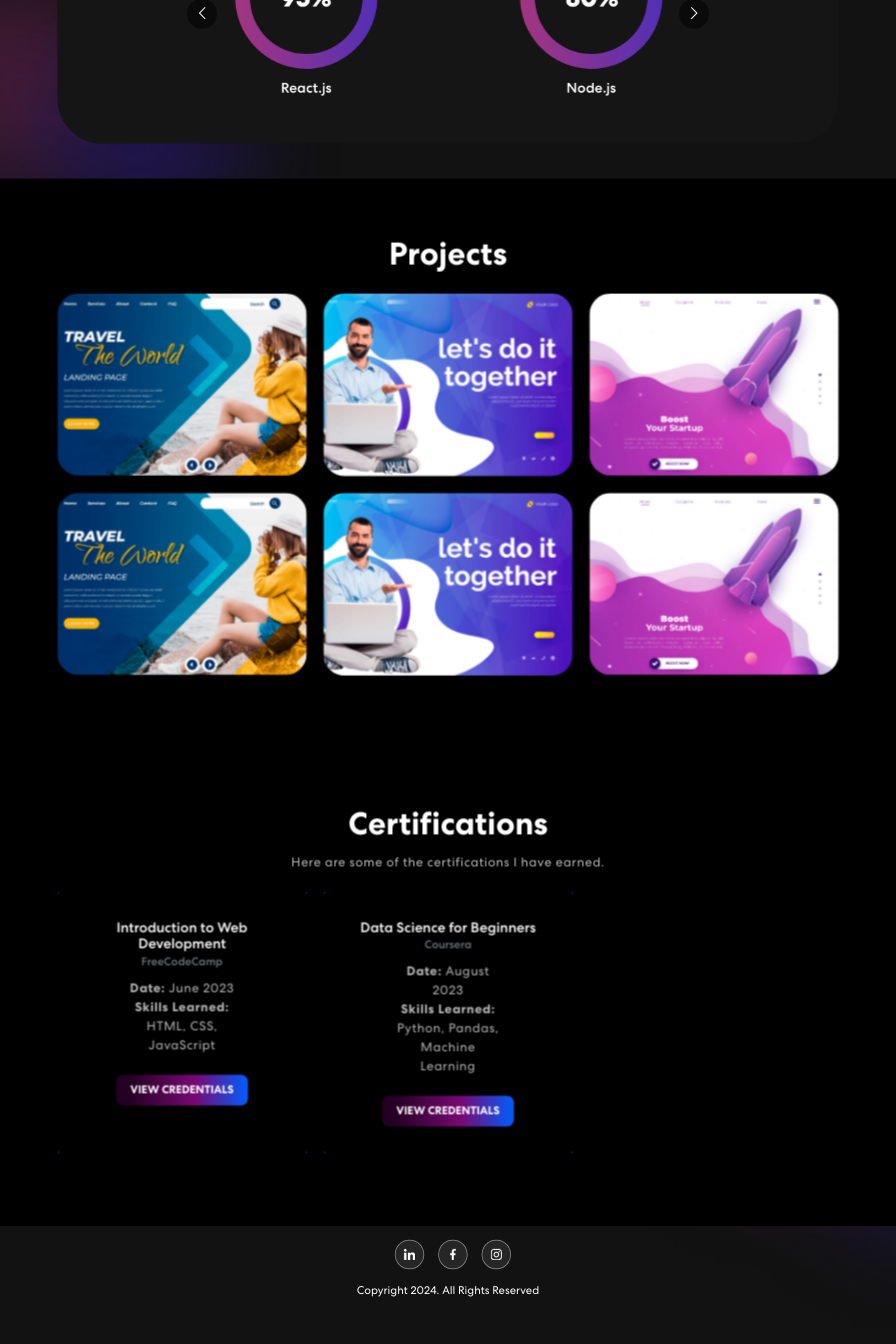
Repository: ChakerChourouk/personal-portfolio
Page: /
The author's editor kept a copy of each file at every save. The page is drawn from the files as they stood at one save, then again after the next save.
The browser window is 1280 px wide. The pictures show the part of the page from y = 1123 to 3043 px (the page is 3043 px tall), at 70% of full size.
The project was rebuilt for these pictures with package versions that can differ from the ones it lists, and the page was loaded fresh each time.

Above is the page before, as saved 2024-09-19 21:03:10.

### src/App.js
import logo from './logo.svg';
import './App.css';
import 'bootstrap/dist/css/bootstrap.min.css';
import { NavBar } from "./components/NavBar";
import { Banner } from "./components/Banner";
import { Skills } from "./components/Skills";
import { Projects } from "./components/Projects";
import { Footer } from "./components/Footer";
import { Certifications } from "./components/Certifications";

function App() {
  return (
    <div className="App">
      <NavBar />
      <Banner />
      <Skills />
      <Projects />
      <Certifications/>
      <Footer />
    </div>
  );
}

export default App;

### src/App.css
/************ Custom Font ************/
@font-face {
	font-family: Centra;
	src: url('./assets/font/CentraNo2-Bold.ttf');
	font-weight: 700;
}
@font-face {
	font-family: Centra;
	src: url('./assets/font/CentraNo2-Medium.ttf');
	font-weight: 500;
}
@font-face {
	font-family: Centra;
	src: url('./assets/font/CentraNo2-Book.ttf');
	font-weight: 400;
}

/************ Default Css ************/
* {
  margin: 0;
  padding: 0;
  box-sizing: border-box;
}

html {
  scroll-behavior: smooth;
  scroll-padding-top: 75px;
}

body {
  font-weight: 400;
  overflow-x: hidden;
  position: relative;
  background-color: #121212 !important;
  color: #fff !important;
  font-family: 'Centra', sans-serif !important;
}

h1, h2, h3, h4, h5, h6 {
  margin: 0;
  padding: 0;
  line-height: normal;
}

p, a, li, button, ul {
  margin: 0;
  padding: 0;
  line-height: normal;
  text-decoration: none;
}

a:hover {
  text-decoration: none;
}

img {
  width: 100%;
  height: auto;
}

button {
  border: 0;
  background-color: transparent;
}

input:focus, textarea:focus, select:focus {
  outline: none;
}

@media (min-width:1700px) {
	main .container {
		max-width: 100%;
		padding: 0 150px;
	}
}

p.success {
	color: green;
}

p.danger {
	color: red;
}
/************ Navbar Css ************/
nav.navbar {
  padding: 18px 0;
  position: fixed;
  width: 100%;
  top: 0;
  z-index: 9999;
  transition:  0.32s ease-in-out;
}
nav.navbar.scrolled {
  padding: 0px 0;
  background-color: #121212;
}
nav.navbar a.navbar-brand {
    width: 9%;
}
nav.navbar .navbar-nav .nav-link.navbar-link {
  font-weight: 400;
  color: #fff !important;
  letter-spacing: 0.8px;
  padding: 0 25px;
  font-size: 18px;
  opacity: 0.75;
}
nav.navbar .navbar-nav a.nav-link.navbar-link:hover,
nav.navbar .navbar-nav a.nav-link.navbar-link.active {
    opacity: 1;
}
span.navbar-text {
    display: flex;
    align-items: center;
}
.social-icon {
    display: inline-block;
    margin-left: 14px;
}
.social-icon a {
    width: 42px;
    height: 42px;
    background: rgba(217, 217, 217, 0.1);
    display: inline-flex;
    border-radius: 50%;
    margin-right: 6px;
    align-items: center;
    justify-content: center;
    line-height: 1;
    border: 1px solid rgba(255, 255, 255, 0.5);
}
.social-icon a::before {
    content: "";
    width: 42px;
    height: 42px;
    position: absolute;
    background-color: #ffffff;
    border-radius: 50%;
    transform: scale(0);
	transition: 0.3s ease-in-out;
}
.social-icon a:hover::before {
    transform: scale(1);
}
.social-icon a img {
	width: 40%;
	z-index: 1;
	transition: 0.3s ease-in-out;
}
.social-icon a:hover img {
	filter: brightness(0) saturate(100%) invert(0%) sepia(7%) saturate(98%) hue-rotate(346deg) brightness(95%) contrast(86%);
}
.navbar-text button {
  font-weight: 700;
  color: #fff;
  border: 1px solid #fff;
  padding: 18px 34px;
  font-size: 18px;
  margin-left: 18px;
	position: relative;
	background-color: transparent;
	transition: 0.3s ease-in-out;
}
.navbar-text button span {
  z-index: 1;
}
.navbar-text button::before {
  content: "";
  width: 0%;
  height: 100%;
  position: absolute;
  background-color: #fff;
  left: 0;
  top: 0;
  z-index: -1;
  transition: 0.3s ease-in-out;
}
.navbar-text button:hover {
  color: #121212;
}
.navbar-text button:hover::before {
	content: "";
	width: 100%;
	height: 100%;
	position: absolute;
}
nav.navbar .navbar-toggler:active,
nav.navbar .navbar-toggler:focus {
	outline: none;
    box-shadow: none;
}
nav.navbar .navbar-toggler-icon {
  width: 24px;
  height: 17px;
  background-image: none;
  position: relative;
  border-bottom: 2px solid #fff;
  transition: all 300ms linear;
  top: -2px;
}
nav.navbar .navbar-toggler-icon:focus {
	border-bottom: 2px solid #fff;
}
nav.navbar .navbar-toggler-icon:after,
nav.navbar .navbar-toggler-icon:before {
	width: 24px;
	position: absolute;
	height: 2px;
	background-color: #fff;
	top: 0;
	left: 0;
	content: '';
	z-index: 2;
	transition: all 300ms linear;
}
nav.navbar .navbar-toggler-icon:after {
	top: 8px;
}
nav.navbar .navbar-toggler[aria-expanded="true"] .navbar-toggler-icon:after {
	transform: rotate(45deg);
	background-color: #fff;
	height: 2px;
}
nav.navbar .navbar-toggler[aria-expanded="true"] .navbar-toggler-icon:before {
	transform: translateY(8px) rotate(-45deg);
	background-color: #fff;
	height: 2px;
}
nav.navbar .navbar-toggler[aria-expanded="true"] .navbar-toggler-icon {
	border-color: transparent;
}

/************ Banner Css ************/
.banner {
  margin-top: 0;
  padding: 260px 0 100px 0;
  background-image: url('./assets/img/banner-bg.png');
  background-position: top center;
  background-size: cover;
  background-repeat: no-repeat;
}
.banner .tagline {
  font-weight: 700;
  letter-spacing: 0.8px;
  padding: 8px 10px;
  background: linear-gradient(90.21deg, rgba(170, 54, 124, 0.5) -5.91%, rgba(74, 47, 189, 0.5) 111.58%);
  border: 1px solid rgba(255, 255, 255, 0.5);
  font-size: 20px;
  margin-bottom: 16px;
  display: inline-block;
}
.banner h1 {
  font-size: 65px;
  font-weight: 700;
  letter-spacing: 0.8px;
  line-height: 1;
  margin-bottom: 20px;
  display: block;
}
.banner p {
  color: #B8B8B8;
  font-size: 18px;
  letter-spacing: 0.8px;
  line-height: 1.5em;
  width: 96%;
}
.banner button {
  color: #fff;
  font-weight: 700;
  font-size: 20px;
  margin-top: 60px;
  letter-spacing: 0.8px;
  display: flex;
  align-items: center;
}
.banner button svg {
  font-size: 25px;
  margin-left: 10px;
  transition: 0.3s ease-in-out;
  line-height: 1;
}
.banner button:hover svg {
  margin-left: 25px;
}
.banner img {
  animation: updown 3s linear infinite;
}
@keyframes updown {
    0% {
        transform: translateY(-20px);
    }
    50% {
        transform: translateY(20px);
    }
    100% {
        transform: translateY(-20px);
    }
}
.txt-rotate > .wrap {
  border-right: 0.08em solid #666;
}

/************ Skills Css ************/
.skill {
  padding: 0 0 50px 0;
  position: relative;
}
.skill-bx {
  background: #151515;
  border-radius: 64px;
  text-align: center;
  padding: 60px 50px;
  margin-top: -60px;
}
.skill h2 {
	font-size: 45px;
	font-weight: 700;
}
.skill p {
    color: #B8B8B8;
    font-size: 18px;
    letter-spacing: 0.8px;
    line-height: 1.5em;
    margin: 14px 0 75px 0;
}
.skill-slider {
  width: 80%;
  margin: 0 auto;
  position: relative;
}
.skill-slider .item img {
  width: 50%;
  margin: 0 auto 15px auto;
}
.background-image-left {
  top: 28%;
  position: absolute;
  bottom: 0;
  width: 40%;
  z-index: -4;
}

/************ Projects Css ************/
.project {
  padding: 80px 0;
  position: relative;
  background-color: black;
}
.project h2 {
	font-size: 45px;
	font-weight: 700;
  text-align: center;
}
.project p {
  color: #B8B8B8;
  font-size: 18px;
  letter-spacing: 0.8px;
  line-height: 1.5em;
  margin: 14px auto 30px auto;
  text-align: center;
  width: 56%;
}
.project .nav.nav-pills {
  width: 72%;
  margin: 0 auto;
  border-radius: 50px;
  background-color: rgb(255 255 255 / 10%);
  overflow: hidden;
}
.project .nav.nav-pills .nav-item {
  width: 33.33333%;
}
.project .nav.nav-pills .nav-link {
  background-color: transparent;
  border-radius: 0;
  padding: 17px 0;
  color: #fff;
  width: 100%;
  font-size: 17px;
  letter-spacing: 0.8px;
  font-weight: 500;
  position: relative;
  transition: 0.3s ease-in-out;
  text-align: center;
  z-index: 0;
}
.project .nav.nav-pills .nav-link::before {
    content: "";
    position: absolute;
    width: 0;
    height: 100%;
    background: linear-gradient(90.21deg, #AA367C -5.91%, #4A2FBD 111.58%);
    top: 0;
    left: 0;
    z-index: -1;
    transition: 0.3s ease-in-out;
}
.project .nav.nav-pills .nav-link.active::before {
    width: 100% !important;
}
.project .nav.nav-pills .nav-link.active {
    border: 1px solid rgba(255, 255, 255, 1);
}
.nav-link#projects-tabs-tab-first {
  border: 1px solid rgba(255, 255, 255, 0.5);
  border-radius: 55px 0px 0px 55px;
}
.nav-link#projects-tabs-tab-second {
  border-top: 1px solid rgba(255, 255, 255, 0.5);
  border-bottom: 1px solid rgba(255, 255, 255, 0.5);
}
.nav-link#projects-tabs-tab-third {
  border: 1px solid rgba(255, 255, 255, 0.5);
  border-radius: 0 55px 55px 0;
}
.proj-imgbx {
  position: relative;
  border-radius: 30px;
  overflow: hidden;
  margin-bottom: 24px;
}
.proj-imgbx::before {
  content: "";
  background: linear-gradient(90.21deg, #AA367C -5.91%, #4A2FBD 111.58%);
  opacity: 0.85;
  position: absolute;
  width: 100%;
  height: 0;
  transition: 0.4s ease-in-out;
}
.proj-imgbx:hover::before {
  height: 100%;
}
.proj-txtx {
  position: absolute;
  text-align: center;
  top: 65%;
  left: 50%;
  transform: translate(-50%, -50%);
  transition: 0.5s ease-in-out;
  opacity: 0;
  width: 100%;
}
.proj-imgbx:hover .proj-txtx {
  top: 50%;
  opacity: 1;
}
.proj-txtx h4 {
  font-size: 30px;
  font-weight: 700;
  letter-spacing: 0.8px;
  line-height: 1.1em;
}
.proj-txtx span {
  font-style: italic;
  font-weight: 400;
  font-size: 15px;
  letter-spacing: 0.8px;
}
.background-image-right {
  top: 20%;
  position: absolute;
  bottom: 0;
  width: 35%;
  right: 0;
  z-index: -4;
}

/************ Projects Css ************/
.contact {
  background: linear-gradient(90.21deg, #AA367C -5.91%, #4A2FBD 111.58%);
  padding: 60px 0 200px 0;
}
.contact img {
  width: 92%;
}
.contact h2 {
	font-size: 45px;
	font-weight: 700;
  margin-bottom: 30px;
}
.contact form input, .contact form textarea {
  width: 100%;
  background: rgba(255, 255, 255, 0.1);
  border: 1px solid rgba(255, 255, 255, 0.5);
  border-radius: 20px;
  color: #fff;
  margin: 0 0 8px 0;
  padding: 18px 26px;
  font-weight: 500;
  font-size: 18px;
  letter-spacing: 0.8px;
  transition: 0.3s ease-in-out;
}
.contact form input:focus, .contact form textarea:focus {
  background: rgba(255, 255, 255, 1);
  color: #121212;
}
.contact form input::placeholder, .contact form textarea::placeholder {
  font-size: 16px;
  font-weight: 400;
  color: #fff;
}
.contact form input:focus::placeholder, .contact form textarea:focus::placeholder {
  color: #121212;
  opacity: 0.8;
}
.contact form button {
  font-weight: 700;
  color: #000;
  background-color: #fff;
  padding: 14px 48px;
  font-size: 18px;
  margin-top: 25px;
  border-radius: 0;
  position: relative;
  transition: 0.3s ease-in-out;
}
.contact form button span {
  z-index: 1;
  position: relative;
}
.contact form button:hover {
  color: #fff;
}
.contact form button::before {
  content: "";
  background: #121212;
  width: 0;
  height: 100%;
  position: absolute;
  top: 0;
  left: 0;
  z-index: 0;
  transition: 0.3s ease-in-out;
}
.contact form button:hover::before {
  width: 100%;
}

/************ Footer Css ************/

.footer {
  padding: 20px 0;
}

.social-icon a {
  margin: 0 10px;
}

/* Add margin to create space between icons and the text */
.text-center p {
  margin-top: 20px; /* Adjust the value for more or less space */
}


.welcome {
    font-weight: 400;
    color: #fff !important;
    letter-spacing: 0.8px;
    padding: 0 25px;
    font-size: 18px;
    opacity: 0.75;
}

.card {
  text-align: center;
  padding: 20px;
}

### src/components/NavBar.js
import { useState, useEffect } from "react";
import { Navbar, Nav, Container } from "react-bootstrap";
import {
  BrowserRouter as Router
} from "react-router-dom";

export const NavBar = () => {

  const [activeLink, setActiveLink] = useState('home');
  const [scrolled, setScrolled] = useState(false);

  useEffect(() => {
    const onScroll = () => {
      if (window.scrollY > 50) {
        setScrolled(true);
      } else {
        setScrolled(false);
      }
    }

    window.addEventListener("scroll", onScroll);

    return () => window.removeEventListener("scroll", onScroll);
  }, [])

  const onUpdateActiveLink = (value) => {
    setActiveLink(value);
  }

  return (
    <Router>
      <Navbar expand="md" className={scrolled ? "scrolled" : ""}>
        <Container>
         {/* <Navbar.Brand href="/">
            <img src={logo} alt="Logo" />
          </Navbar.Brand>*/}
          <span className="welcome">Welcome to my Portfolio<span role="img" aria-label="waving hand"> 👋</span> </span>
          <Navbar.Toggle aria-controls="basic-navbar-nav">
            <span className="navbar-toggler-icon"></span>
          </Navbar.Toggle>
          <Navbar.Collapse id="basic-navbar-nav">
            <Nav className="ms-auto">
              <Nav.Link href="#home" className={activeLink === 'home' ? 'active navbar-link' : 'navbar-link'} onClick={() => onUpdateActiveLink('home')}>Home</Nav.Link>
              <Nav.Link href="#skills" className={activeLink === 'skills' ? 'active navbar-link' : 'navbar-link'} onClick={() => onUpdateActiveLink('skills')}>Skills</Nav.Link>
              <Nav.Link href="#projects" className={activeLink === 'projects' ? 'active navbar-link' : 'navbar-link'} onClick={() => onUpdateActiveLink('projects')}>Projects</Nav.Link>
              <Nav.Link href="#contacts" className={activeLink === 'certification' ? 'active navbar-link' : 'navbar-link'} onClick={() => onUpdateActiveLink('certification')}>Certifications</Nav.Link>
              <Nav.Link href="#contacts" className={activeLink === 'contacts' ? 'active navbar-link' : 'navbar-link'} onClick={() => onUpdateActiveLink('projects')}>Contacts</Nav.Link>
            </Nav>
            {/*<span className="navbar-text">
              <div className="social-icon">
                <a href="#"><img src={navIcon1} alt="" /></a>
                <a href="#"><img src={navIcon2} alt="" /></a>
                <a href="#"><img src={navIcon3} alt="" /></a>
              </div>
            </span>*/}
          </Navbar.Collapse>
        </Container>
      </Navbar>
    </Router>
  )
}

### src/components/Projects.js
import { Container, Row, Col, Tab, Nav } from "react-bootstrap";
import { ProjectCard } from "./ProjectCard";
import projImg1 from "../assets/img/project-img1.png";
import projImg2 from "../assets/img/project-img2.png";
import projImg3 from "../assets/img/project-img3.png";
import colorSharp2 from "../assets/img/color-sharp2.png";
import 'animate.css';
import TrackVisibility from 'react-on-screen';

export const Projects = () => {

  const projects = [
    {
      title: "Business Startup",
      description: "Design & Development",
      imgUrl: projImg1,
    },
    {
      title: "Business Startup",
      description: "Design & Development",
      imgUrl: projImg2,
    },
    {
      title: "Business Startup",
      description: "Design & Development",
      imgUrl: projImg3,
    },
    {
      title: "Business Startup",
      description: "Design & Development",
      imgUrl: projImg1,
    },
    {
      title: "Business Startup",
      description: "Design & Development",
      imgUrl: projImg2,
    },
    {
      title: "Business Startup",
      description: "Design & Development",
      imgUrl: projImg3,
    },
  ];

  return (
    <section className="project" id="projects">
      <Container>
        <Row>
          <Col size={12}>
            <TrackVisibility>
              {({ isVisible }) =>
              <div className={isVisible ? "animate__animated animate__fadeIn": ""}>
                <h2>Projects</h2>
                <p>  </p>
                <Tab.Container id="projects-tabs" defaultActiveKey="first">
                  <Tab.Content id="slideInUp" className={isVisible ? "animate__animated animate__slideInUp" : ""}>
                    <Tab.Pane eventKey="first">
                      <Row>
                        {
                          projects.map((project, index) => {
                            return (
                              <ProjectCard
                                key={index}
                                {...project}
                                />
                            )
                          })
                        }
                      </Row>
                    </Tab.Pane>
                  </Tab.Content>
                </Tab.Container>
              </div>}
            </TrackVisibility>
          </Col>
        </Row>
      </Container>
      <img className="background-image-right" src={colorSharp2}></img>
    </section>
  )
}

### src/components/Footer.js
import { Container, Row, Col } from "react-bootstrap";
import logo from "../assets/img/logo.svg";
import navIcon1 from "../assets/img/nav-icon1.svg";
import navIcon2 from "../assets/img/nav-icon2.svg";
import navIcon3 from "../assets/img/nav-icon3.svg";

export const Footer = () => {
  return (
    <footer className="footer" id="contacts" >
      <Container>
        <Row className="align-items-center justify-content-center">
          <Col size={12} sm={6} className="text-center">
            <div className="social-icon">
              <a href="https://www.linkedin.com/in/chaker-chourouk-a32841257/"><img src={navIcon1} alt="Icon" /></a>
              <a href="#"><img src={navIcon2} alt="Icon" /></a>
              <a href="#"><img src={navIcon3} alt="Icon" /></a>
            </div>
            <p>Copyright 2024. All Rights Reserved</p>
          </Col>
        </Row>
      </Container>
    </footer>
  );
};

### src/components/Certifications.js
import { Container, Row, Col, Tab } from "react-bootstrap";
import { ProjectCard } from "./ProjectCard2";
import colorSharp2 from "../assets/img/color-sharp2.png";
import 'animate.css';
import TrackVisibility from 'react-on-screen';

export const Certifications = () => {

  const projects = [
    {
      title: "Introduction to Web Development",
      organization: "FreeCodeCamp",
      date: "June 2023",
      skills: ["HTML", "CSS", "JavaScript"],
      certificateUrl: "https://www.example.com/certificate1",
    },
    {
      title: "Data Science for Beginners",
      organization: "Coursera",
      date: "August 2023",
      skills: ["Python", "Pandas", "Machine Learning"],
      certificateUrl: "https://www.example.com/certificate2",
    },
  ];

  return (
    <section className="project" id="certification">
      <Container>
        <Row>
          <Col size={12}>
            <TrackVisibility>
              {({ isVisible }) =>
              <div className={isVisible ? "animate__animated animate__fadeIn": ""}>
                <h2>Certifications</h2>
                <p>Here are some of the certifications I have earned.</p>
                <Tab.Container id="projects-tabs" defaultActiveKey="first">
                  <Tab.Content id="slideInUp" className={isVisible ? "animate__animated animate__slideInUp" : ""}>
                    <Tab.Pane eventKey="first">
                      <Row>
                        {
                          projects.map((project, index) => {
                            return (
                              <Col key={index} sm={12} md={4} className="mb-4">
                                <ProjectCard
                                  title={project.title}
                                  organization={project.organization}
                                  date={project.date}
                                  skills={project.skills}
                                  certificateUrl={project.certificateUrl}
                                />
                              </Col>
                            );
                          })
                        }
                      </Row>
                    </Tab.Pane>
                  </Tab.Content>
                </Tab.Container>
              </div>}
            </TrackVisibility>
          </Col>
        </Row>
      </Container>
      <img className="background-image-right" src={colorSharp2} alt="Background" />
    </section>
  );
};

### src/components/ProjectCard2.js
import { Card, Button } from "react-bootstrap";
import './ProjectCard2.css'; // Import the CSS file

export const ProjectCard = ({ title, organization, date, skills, certificateUrl }) => {
  return (
    <Card className="custom-card h-100">
      <Card.Body>
        <Card.Title>{title}</Card.Title>
        <Card.Subtitle className="mb-2 text-muted">{organization}</Card.Subtitle>
        <Card.Text>
          <strong>Date:</strong> {date}<br />
          <strong>Skills Learned:</strong> {skills.join(", ")}
        </Card.Text>
        <Button variant="primary" href={certificateUrl} target="_blank" className="rainbow-button">
          View Credentials
        </Button>
      </Card.Body>
    </Card>
  );
};

### src/components/ProjectCard2.css


.custom-card {
    background-color: black;
    border: 2px solid;
    border-image: linear-gradient(90deg, rgba(2,0,36,1) 0%, rgba(76,9,121,1) 35%, rgba(0,99,255,1) 62%);
    border-radius: 15px; /* Rounded corners */
    color: white; /* Text color */
    padding: 20px;

    transition: transform 0.2s;
  }

  .custom-card:hover {
    transform: scale(1.05); /* Slight zoom on hover */
  }

  /* Rainbow button */
  .rainbow-button {
    background: rgb(36,0,36);
    background: linear-gradient(90deg, rgba(36,0,36,1) 9%, rgba(121,9,117,1) 60%, rgba(0,95,255,1) 100%);
    border: none;
    border-radius: 10px;
    padding: 10px 20px;
    text-transform: uppercase;
    font-weight: bold;
    transition: background 0.3s ease;
  }

  .rainbow-button:hover {
    background: linear-gradient(90deg, rgba(2,0,36,1) 0%, rgba(76,9,121,1) 35%, rgba(0,212,255,1) 100%);
    color: white;
  }

Loaded but not shown: public/index.html (common file); src/index.js (common file); src/index.css (common file); src/reportWebVitals.js (common file); src/components/ProjectCard.js (common file); src/components/Skills.js (72 lines, source omitted); src/components/Banner.js (75 lines, source omitted)

After the next save:
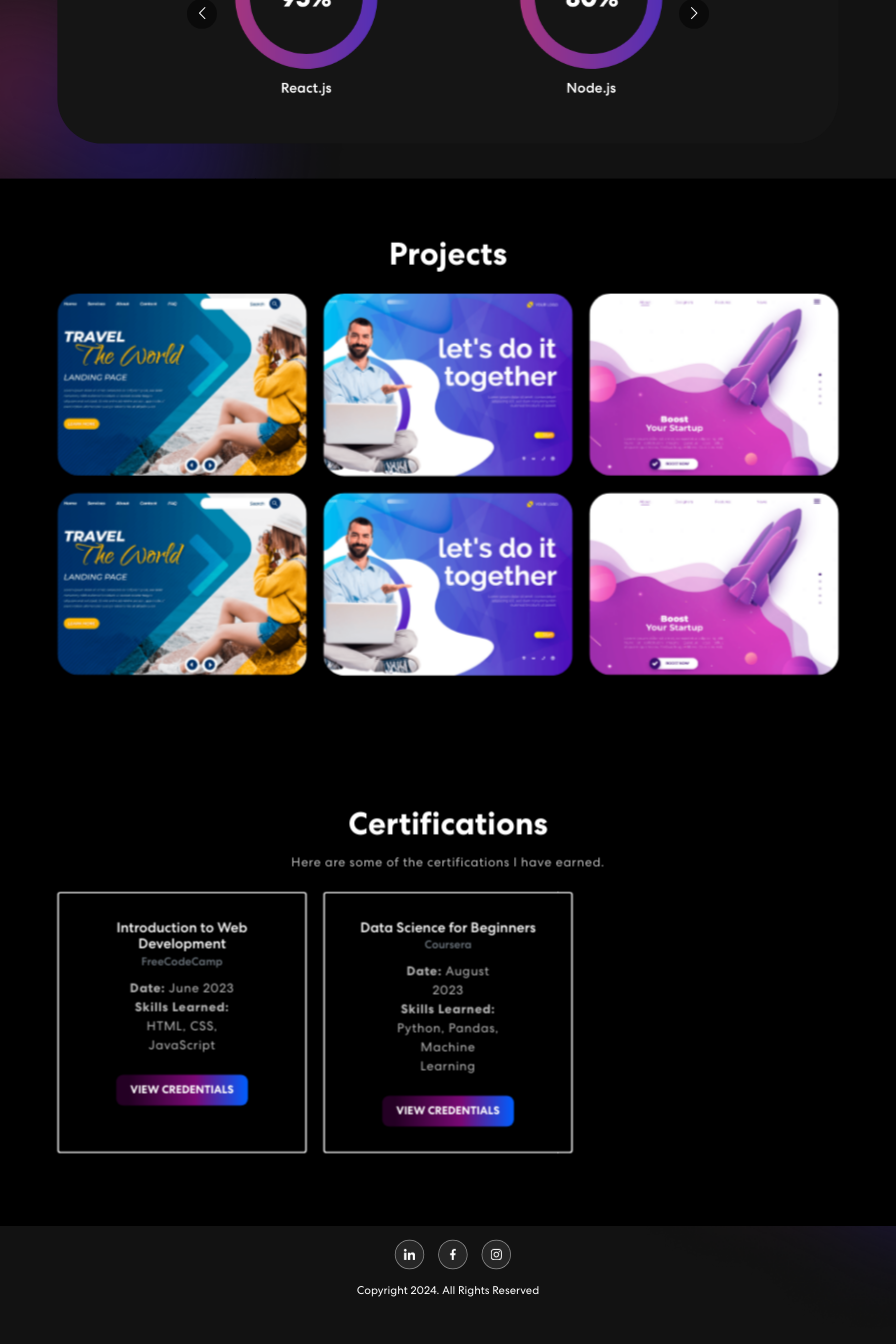
Saved 29 s later.
--- a/src/components/ProjectCard2.css
+++ b/src/components/ProjectCard2.css
@@ -3,7 +3,7 @@
 .custom-card {
     background-color: black;
     border: 2px solid;
-    border-image: linear-gradient(90deg, rgba(2,0,36,1) 0%, rgba(76,9,121,1) 35%, rgba(0,99,255,1) 62%);
+    border-image:  rgba(0,99,255,1)
     border-radius: 15px; /* Rounded corners */
     color: white; /* Text color */
     padding: 20px;
